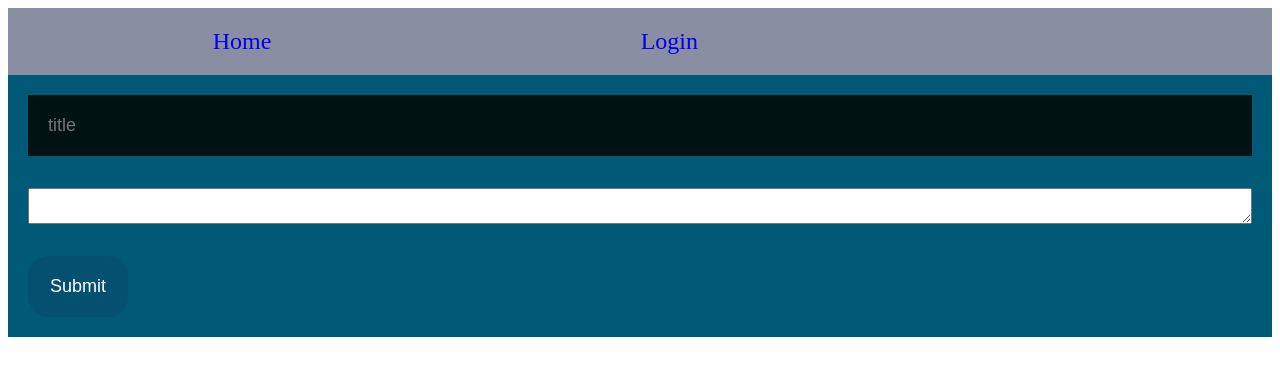
Repository: albinsabu2023/postapp
Page: /createpost
An editor plug-in stored every save of this project. The page is shown before and after the next save, followed by the edit.
The browser window is 1280 px wide. The pictures show the whole page.
The pointer rests on the first visible `.submitButton`.
The project was rebuilt for these pictures with package versions that can differ from the ones it lists, and the page was loaded fresh each time. Also part of the build but not shown: src/Components/Home.tsx, src/Components/Login.tsx.

Above is the page before, as saved 2024-02-05 11:28:55.

### src/App.tsx
import  {BrowserRouter as Router,Routes,Route} from "react-router-dom"
import './App.css';
import Home from "./Components/Home";
import Login from "./Components/Login";
import Navbar from "./Components/Navbar";
import CreatePosts from "./create-post/CreatePosts";


function App() {
  return (
    <div className="App">
      <Router>
         <Navbar/>
        <Routes>
          <Route path ="/" element={<Home/>}/>
          <Route path="/login" element={<Login/>}/>
          <Route path="/createpost" element={<CreatePosts/>}/>
        </Routes>
      </Router>
    </div>
  );
}

export default App;

### src/Components/Navbar.tsx
import React from 'react'
import { Link } from 'react-router-dom'
import  "./Navbar.css"
import {auth } from  "../config/firebase"
import { useAuthState } from 'react-firebase-hooks/auth'
import { signOut } from 'firebase/auth'
function Navbar() {
    const  [user] =useAuthState(auth);
    const signUserOut =async ()=>{
        await signOut(auth);
    }
  return (
    <div className="navContainer">
        <Link to ="/">Home</Link>

        {
            !user ?
            <Link to ="Login">Login</Link> :
            <Link to ="/createpost">CreatePost</Link>
        }
        <div>
            {user&&
            <>
            <p>{user?.displayName}</p>
            <img src={user?.photoURL|| "" } alt="" width="30" height="30"
            />
            <button onClick={signUserOut}>Logout</button>
            </>
            }
        </div>


    </div>
  )
}

export default Navbar

### src/create-post/CreatePosts.tsx
import React from 'react'
import CreateForm from './CreateForm'
import "./CreateForm.css"
function CreatePosts() {



  return (
    <div>
        <CreateForm/>
    </div>
  )
}

export default CreatePosts

### src/config/firebase.ts
// Import the functions you need from the SDKs you need
import { initializeApp } from "firebase/app";
import {getAuth,GoogleAuthProvider} from "firebase/auth"
// Your web app's Firebase configuration
import {getFirestore} from "firebase/firestore"
const firebaseConfig = {
  apiKey: "AIzaSyAXzQPkCsYKttYouVkFv4r2aLbj-85i5zE",
  authDomain: "react-course-dd6fc.firebaseapp.com",
  projectId: "react-course-dd6fc",
  storageBucket: "react-course-dd6fc.appspot.com",
  messagingSenderId: "692642929267",
  appId: "1:692642929267:web:22ba5d27ba69920755e806"
};
// Initialize Firebase
const app = initializeApp(firebaseConfig);
export const auth=getAuth(app);
export const provider = new GoogleAuthProvider();
export const db=getFirestore(app)

### src/Components/Navbar.css
.navContainer{
    display: flex;
    align-items: center;
    justify-content: space-around;
    background-color: rgb(138, 142, 162);
    padding: 20px;



}
.navContainer :link{
    text-decoration:none;
    text-decoration-color: rgb(128, 127, 127);
    font-size: x-large;

}

### src/create-post/CreateForm.tsx
import React from 'react'
import "./CreateForm.css"
import {useForm} from  "react-hook-form"
import { useAuthState } from 'react-firebase-hooks/auth'
import {yupResolver} from "@hookform/resolvers/yup"
import * as yup from "yup"
import  {db,auth} from "../config/firebase"
import { addDoc,collection } from 'firebase/firestore'

interface CreateFormData {
  title:string,
  description:string,

}

function CreateForm() {
  const [user] =useAuthState(auth);
  const schema=yup.object().shape({
  title:yup.string().required("enter the title"),
  description:yup.string().required("enter the description"),
  })

  const {register,handleSubmit,formState :{errors}}=useForm<CreateFormData>({
    resolver:yupResolver(schema),
  })
  const postsRef= collection(db,"posts");
  const createPost = async (data:CreateFormData)=>{
      await addDoc(postsRef,{
        title:data.title,
        description:data.description,
        username :user?.displayName,
        userId:user?.uid,

      })
  }
  return (
    <form onSubmit={handleSubmit(createPost)}>
        <input type="text"  placeholder='title' {...register("title")}/>
        <p style={{color:"white"}}>{errors.title?.message}</p>
        <textarea maxLength={300} {...register("description")}/>
        <p style={{color:"white"}}>{errors.description?.message}</p>
        <input className='submitButton' type="submit"  />
    </form>
  )
}

export default CreateForm

### src/create-post/CreateForm.css
form{
    display: flex;
    flex-direction:column;
    padding: 20px;
    background-color: rgb(0, 89, 118);

}
form input{
    background-color: rgb(0, 18, 18);
    padding: 20px;
    color: white;
    font-size: large;
    border: none;
}
form input:focus {
    outline:none
}
.submitButton{
    background-color:rgb(5, 40, 55);
    border-radius: 20px;
    width: 100px;
    cursor: pointer;

}
.submitButton:hover {
    background-color: rgb(4, 80, 112);
    border-radius: 20px;
    width: 100px;
    cursor: pointer;

}

Loaded but not shown: public/index.html (common file); src/index.tsx (common file); src/App.css (common file); public/manifest.json (common file)

After the next save:
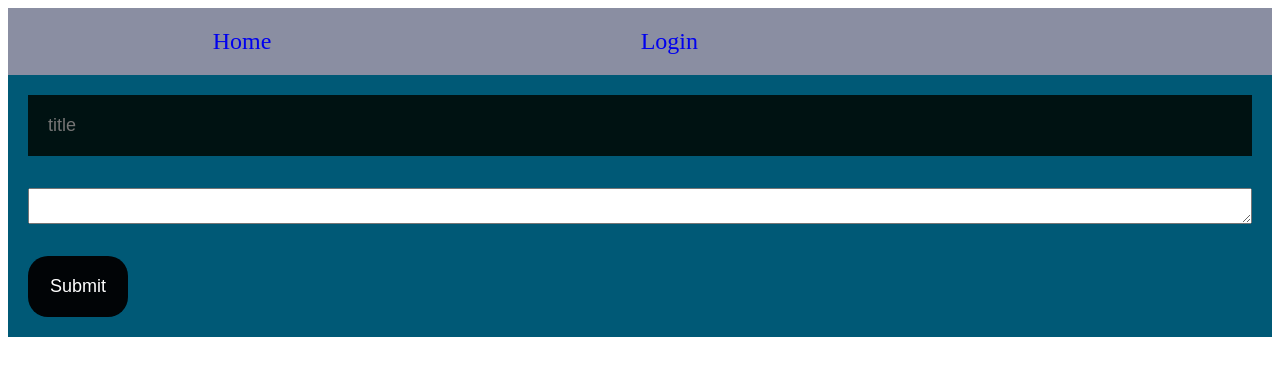
Saved 6 s later.
--- a/src/create-post/CreateForm.css
+++ b/src/create-post/CreateForm.css
@@ -23,7 +23,7 @@ form input:focus {
 
 }
 .submitButton:hover {
-    background-color: rgb(4, 80, 112);
+    background-color: rgb(1, 4, 6);
     border-radius: 20px;
     width: 100px;
     cursor: pointer;
